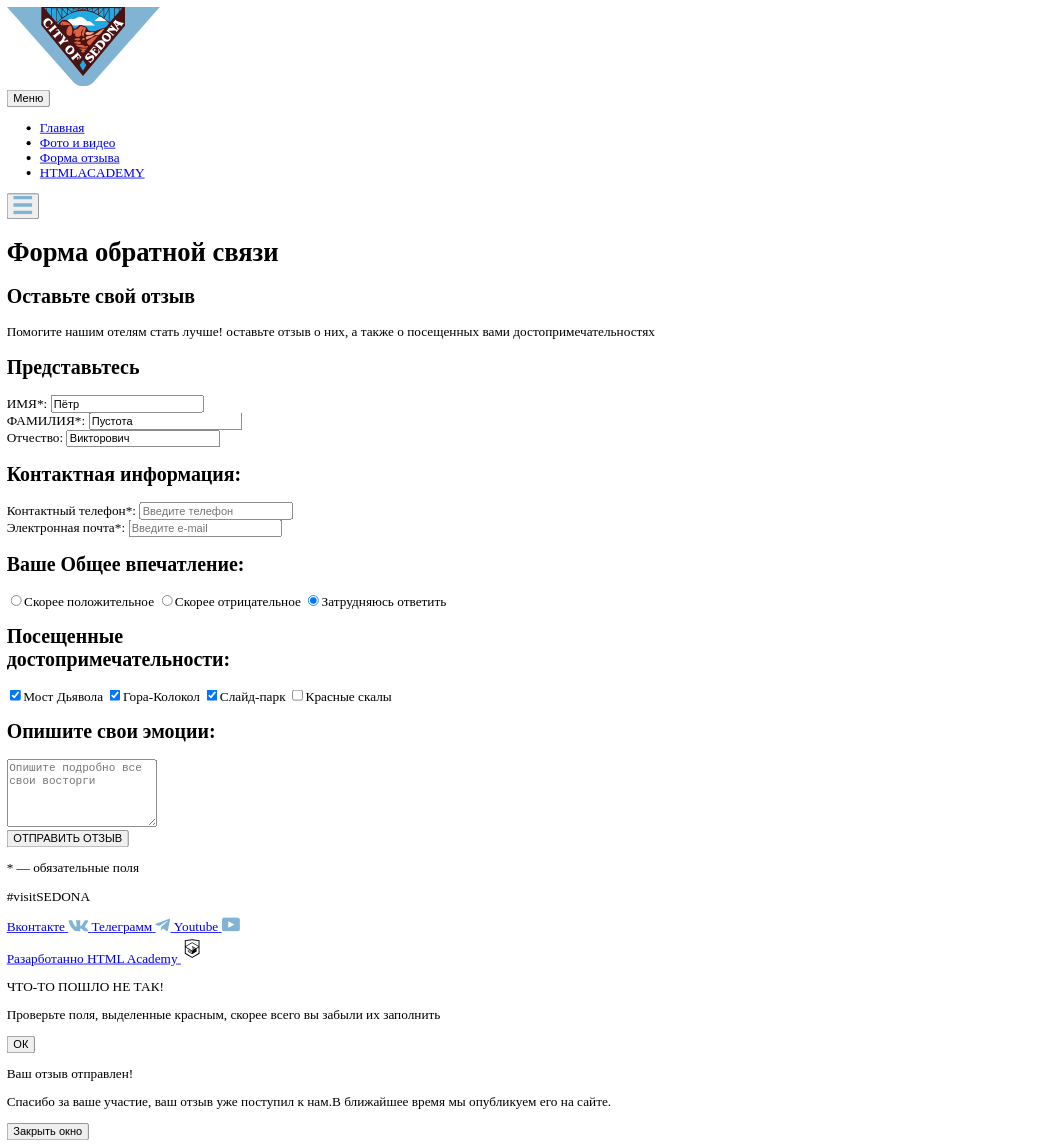
Repository: iKrekus/2149661-sedona-27
Page: source/form.html
An editor plug-in stored every save of this project. The page is shown before and after the next save, followed by the edit.
The browser window is 1280 px wide. The pictures show the whole page, at 83% of full size.

Above is the page before, as saved 2022-11-28 21:58:57.

After the next save:
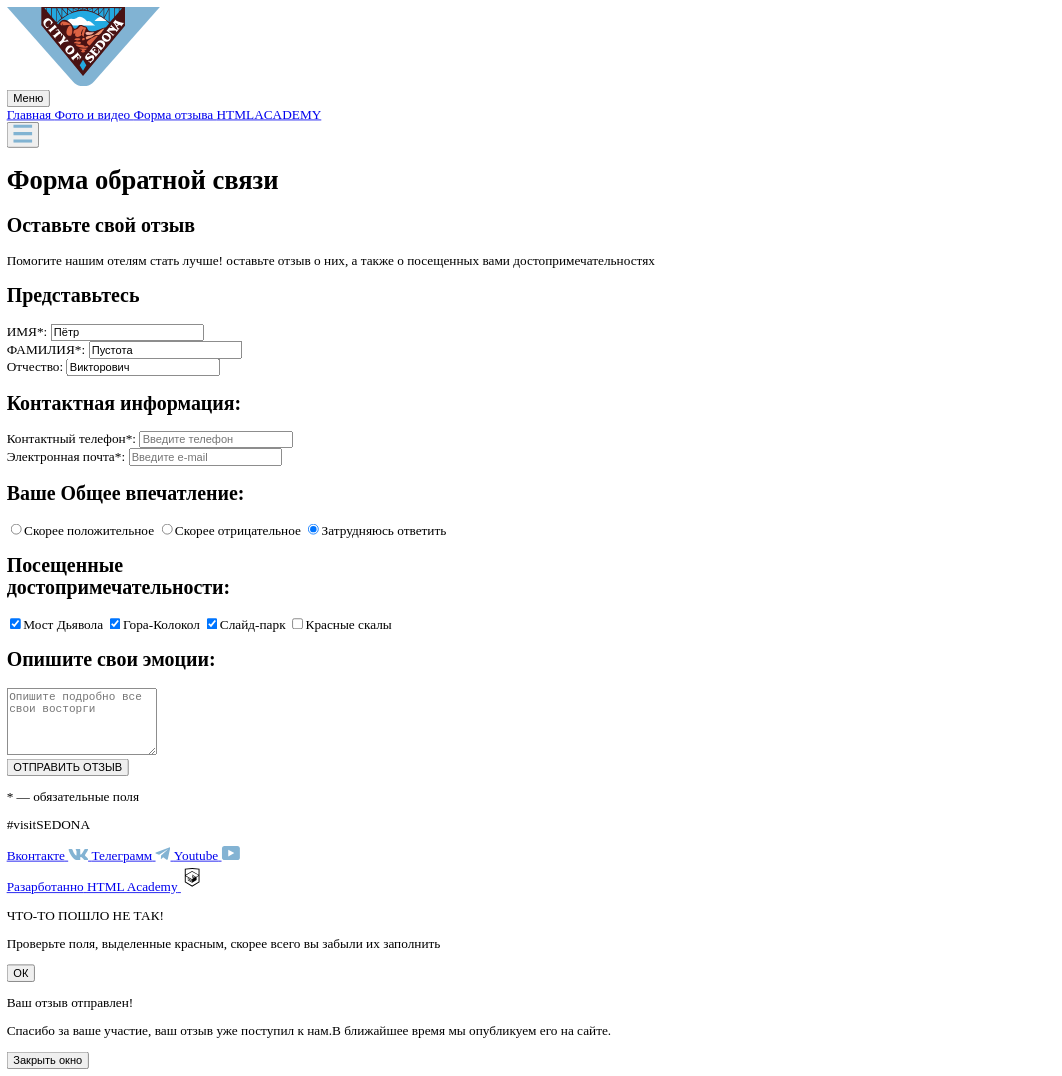
Saved 23 s later.
--- a/source/form.html
+++ b/source/form.html
@@ -9,38 +9,28 @@
       <a class="main-header__logo">
         <img src="img/logos/logo.svg" width="185" height="96" alt="Логотип 'Седона'.">
       </a>
-      <nav class="main-nav">
+      <div class="main-nav">
         <button class="main-nav__toggle" type="button">
           <span class="visually-hidden">Меню</span>
         </button>
-        <div class="main-nav__wrapper">
-          <ul class="main-nav__list">
-            <li class="main-nav__item main-nav__item--current">
-              <a href="index.html">
-                Главная
-              </a>
-            </li>
-            <li class="main-nav__item">
-              <a href="catalog.html">
-                Фото и видео
-              </a>
-            </li>
-            <li class="main-nav__item">
-              <a href="form.html">
-                Форма отзыва
-              </a>
-            </li>
-            <li class="main-nav__item">
-              <a href="https://htmlacademy.ru/">
-                HTMLACADEMY
-              </a>
-            </li>
-          </ul>
-        </div>
+        <nav class="main-nav__wrapper">
+          <a class="main-nav__item" href="index.html">
+            Главная
+          </a>
+          <a class="main-nav__item" href="catalog.html">
+            Фото и видео
+          </a>
+          <a class="main-nav__item main-nav__item--current" href="form.html">
+            Форма отзыва
+          </a>
+          <a class="main-nav__item" href="https://htmlacademy.ru/">
+            HTMLACADEMY
+          </a>
+        </nav>
         <button class="menu-button" type="button">
           <svg width="23" height="22" viewBox="0 0 23 22" fill="none" xmlns="http://www.w3.org/2000/svg"><path d="M22.9 0H0v4h22.9V0ZM22.9 9H0v4h22.9V9ZM22.9 18H0v4h22.9v-4Z" fill="#81B3D2"/></svg>
         </button>
-      </nav>
+      </div>
     </header>
     <main class="form-container">
       <h1 class="visually-hidden">Форма обратной связи</h1>
